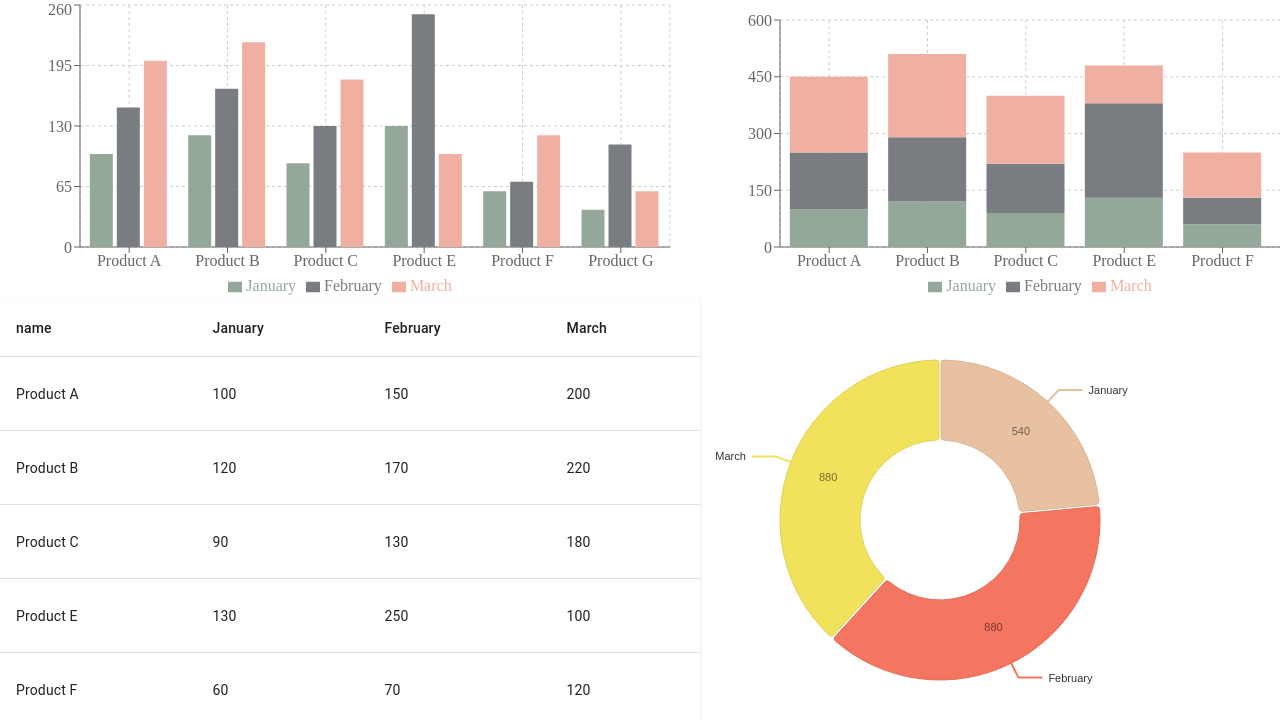
Repository: sagarjain738/test
Page: /
An editor plug-in stored every save of this project. The page is shown before and after the next save, followed by the edit.
The browser window is 1280 px wide. The pictures show the whole page.
The project was rebuilt for these pictures with package versions that can differ from the ones it lists, and the page was loaded fresh each time. Also part of the build but not shown: vite.config.js, src/index.css.

Above is the page before, as saved 2024-01-20 23:48:00.

After the next save:
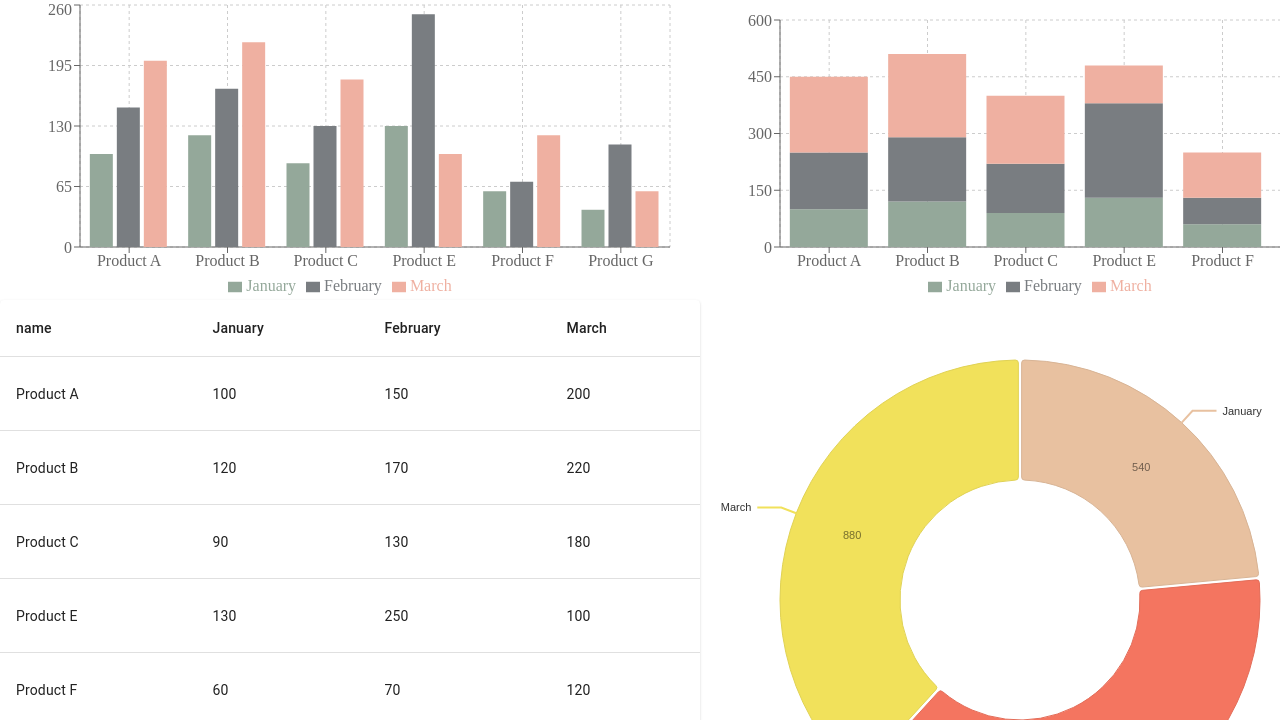
Saved 8 s later.
--- a/src/components/PieChart.jsx
+++ b/src/components/PieChart.jsx
@@ -3,8 +3,8 @@ import { ResponsivePie } from "@nivo/pie";
 const TotalPieChart = ({ records }) => (
   <div
     style={{
-      height: "30rem",
-      width: "30rem",
+      height: "40rem",
+      width: "40rem",
     }}
   >
     <ResponsivePie
